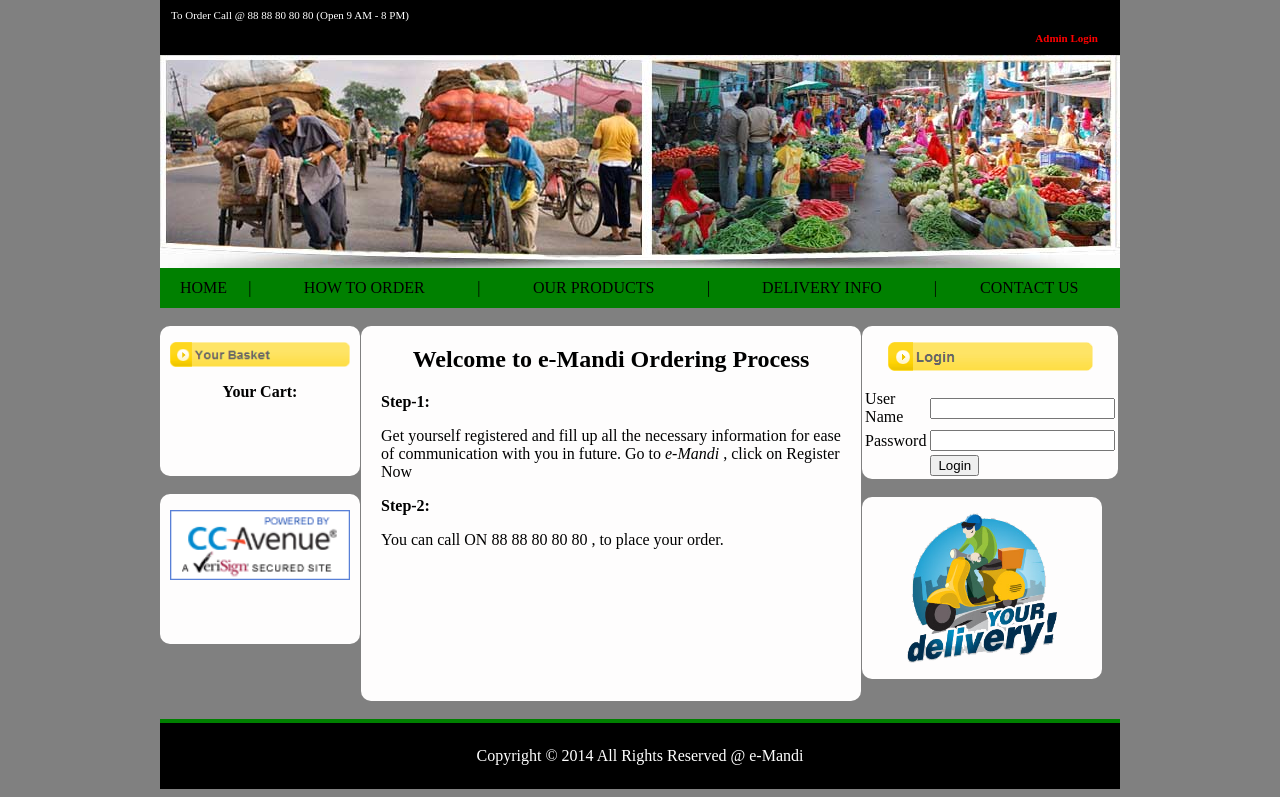
Repository: aashi12/e_mandi
Page: http://localhost/e_mandi/deliveryInfo.jsp
An editor plug-in stored every save of this project. The page is shown before and after the next save, followed by the edit.
The browser window is 1280 px wide. The pictures show the whole page.
The page is served by Tomcat 9. Other server files are loaded and not shown.

Above is the page before, as saved 2014-04-18 12:16:38.

### e_mandi/WebContent/deliveryInfo.jsp
<%@ page language="java" contentType="text/html; charset=ISO-8859-1"
    pageEncoding="ISO-8859-1"%>
<!DOCTYPE html PUBLIC "-//W3C//DTD HTML 4.01 Transitional//EN" "http://www.w3.org/TR/html4/loose.dtd">
<html>
<head>
<meta http-equiv="Content-Type" content="text/html; charset=ISO-8859-1">
<title>Online e-Mandi</title>
<link rel="stylesheet" href="style.css" />
</head>
<body bgcolor="gray">
<div id="container">
<div id="main">
<table border="0" width="960" height="270" cellspacing="0" cellpadding="0">
<tr>
<td height="25" bgcolor="black" class="order"><p> &nbsp;&nbsp;&nbsp;&nbsp;To Order Call @ 88 88 80 80 80 (Open 9 AM - 8 PM)</p>
<p align="right" class="admin"><b><a href="admin.jsp">Admin Login</a> &nbsp; &nbsp; &nbsp; &nbsp;</b></p>
</td>
</tr>
<tr>
<td class="bann">
<!--  banner -->
</td>
</tr>
</table>
<table border="0" width="960" height="40" cellspacing="0" cellpadding="0">
<tr bgcolor="green">
<td align="center" class="tab"><a href="index.jsp">HOME</a></td>
<td align="center" class="tab">|</td>
<td align="center" class="tab"><a href="howToOrder.jsp">HOW TO ORDER</a></td>
<td align="center" class="tab">|</td>
<td align="center" class="tab"><a href="ourProducts.jsp">OUR PRODUCTS</a></td>
<td align="center" class="tab">|</td>
<td align="center" class="tab"><a href="deliveryInfo.jsp">DELIVERY INFO</a></td>
<td align="center" class="tab">|</td>
<td align="center" class="tab"><a href="contactUs.jsp">CONTACT US</a></td>
</tr>
</table>
<br/>
<table border="0" width="960" height="auto" cellspacing="0" cellpadding="0">
<tr>
<td width="200" valign="top">
<table class="basket" width="200" height="150" cellspacing="0" cellpadding="0" bgcolor="#fefdfd">
<tr>
<td align="center" valign="top">
<p><img src="images/basket.png" width="180"/></p>
<p class="bask"><b>Your Cart:</b></p>
</td>
</tr>
</table>
&nbsp;
<table class="basket" width="200" height="150" cellspacing="0" cellpadding="0" bgcolor="#fefdfd">
<tr>
<td align="center" valign="top">
<p><img src="images/ccav.gif" width="180"/></p>
</td>
</tr>
</table>
</td>
<td width="560" align="center" valign="top">
<table class="basket" border="0" width="500" height="150" cellspacing="0" cellpadding="0" bgcolor="#fefdfd">
<tr>
<td  valign="top">
<h2 align="center">Welcome to e-Mandi Ordering Process</h2>
<div id="con1">
<p><b>Step-1:</b></p>
<p>Get yourself registered and fill up all the necessary information for ease of communication
with you in future. Go to <i>e-Mandi</i> , click on Register Now</p>
<p><b>Step-2:</b></p>
<p>You can call ON    88 88 80 80 80 , to place your order.</p>

<p>&nbsp;</p>
<p>&nbsp;</p>
<p>&nbsp;</p>
<p>&nbsp;</p>
</div>
</td>
</tr>
</table>

</td>
<td width="300" valign="top">
<table border="0" class="basket" width="200" height="150" cellspacing="0" cellpadding="0" bgcolor="#fefdfd">
<tr>
<td align="center">
<p><img src="images/login.png" /></p>
<table width="240">
<tr>
<td>User Name</td>
<td><input type="text" name="uname"></td>
</tr>
<tr>
<td>Password</td>
<td><input type="password" name="pass"></td>
</tr>
<tr>
<td></td>
<td><input type="submit" value="Login"></td>
</tr>
</table>
</td>
</tr>
</table>
&nbsp;
<table border="0" class="basket" width="240" height="150" cellspacing="0" cellpadding="0" bgcolor="#fefdfd">
<tr>
<td align="center">
<p><img src="images/free.png" width="150" height="150" /></p>
</td>
</tr>
</table>
</td>
</tr>
</table>
&nbsp;
<table border="0" width="960" height="70" cellspacing="0" cellpadding="0">
<tr>
<td height="4" bgcolor="green"></td>
</tr>
<tr>
<td height="65" bgcolor="black" align="center" class="foot">
<p>Copyright &copy; 2014 All Rights Reserved @ e-Mandi</p>
</td>
</tr>
</table>
</div>
</div>
</body>
</html>

### e_mandi/WebContent/style.css
#container{margin-top:-10px;}
#main{margin: 0px auto;width:960px;}
.tab{color:#000;text-decoration:none;}
.tab a{color:#000;text-decoration:none;}
.tab a:hover{color:#fff;text-decoration:none;}
.tab12{color:#fff;text-decoration:none;}
.tab12 a{color:#fff;text-decoration:none;}
.tab12 a:hover{color:red;text-decoration:none;}
.bann{background-image: url(images/header.jpg);}
.order{color:#fff; font-size:11px;}
.free{padding-left:400px;}
.logo{padding-bottom:50px;}
.basket{border-radius:10px;}
.foot{color:#fff;}
.cat{color:#000;text-decoration:none;}
.cat a{color:red;text-decoration:none;}
.cat a:hover{color:green;text-decoration:none;}
.admin{color:red;text-decoration:none; }
.admin a{color:red; text-decoration:none;}
.admin a:hover{color:#fff;text-decoration:none; }
#con1{padding-left:20px;padding-right:20px;}
img{border:none;}
a{text-decoration:none;}
.log a{text-decoration:none;}
.section a{color:green;text-decoration:none;}
.section a:hover{color:red;text-decoration:none;}
.quick{color:green;text-decoration:underline;}
#login
{
	text-align:center;

}

After the next save:
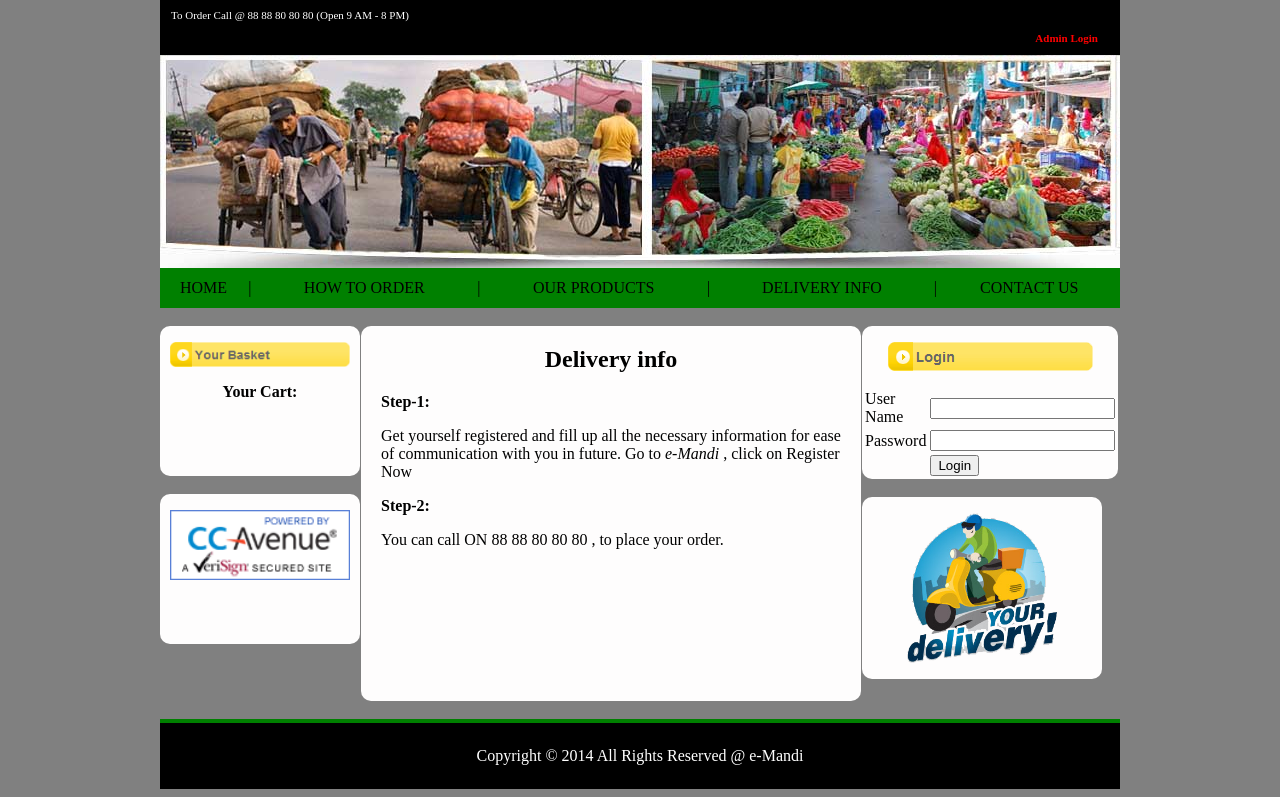
Saved 25 s later.
--- a/e_mandi/WebContent/deliveryInfo.jsp
+++ b/e_mandi/WebContent/deliveryInfo.jsp
@@ -60,7 +60,7 @@
 <table class="basket" border="0" width="500" height="150" cellspacing="0" cellpadding="0" bgcolor="#fefdfd">
 <tr>
 <td  valign="top">
-<h2 align="center">Welcome to e-Mandi Ordering Process</h2>
+<h2 align="center">Delivery info </h2>
 <div id="con1">
 <p><b>Step-1:</b></p>
 <p>Get yourself registered and fill up all the necessary information for ease of communication
